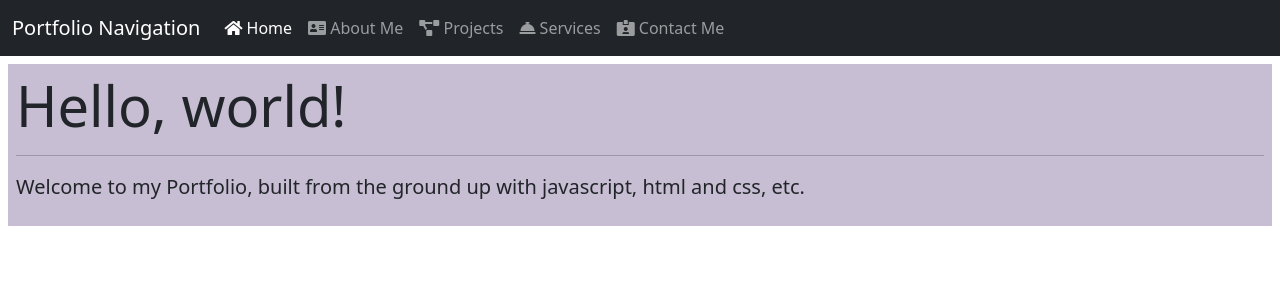
Repository: GarlicButterBoy/Portfolio
Page: index.html
An editor plug-in stored every save of this project. The page is shown before and after the next save, followed by the edit.
The browser window is 1280 px wide. The page is 1284 px wide, so the pictures cover 1284 px, including what lies to the right of the window. The pictures show the whole page.

Above is the page before, as saved 2021-05-31 11:56:36.

After the next save:
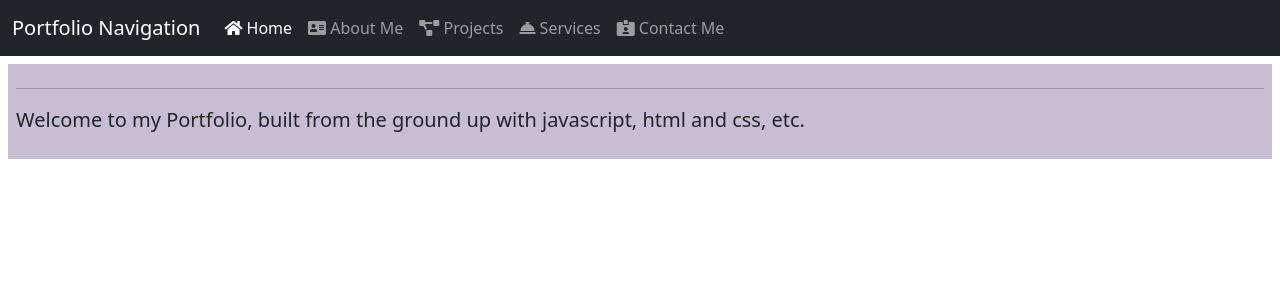
Saved 6 s later.
--- a/Scripts/app.js
+++ b/Scripts/app.js
@@ -11,7 +11,7 @@
 
         /* let firstHeading = document.getElementById("heading1");
         firstHeading.textContent = "Nick Sturch-Flint Portfolio Home Page"; */
-        document.getElementById("heading1")
+        document.getElementById("heading1").textContent = ""
     }
 
     window.addEventListener("load", Start);
